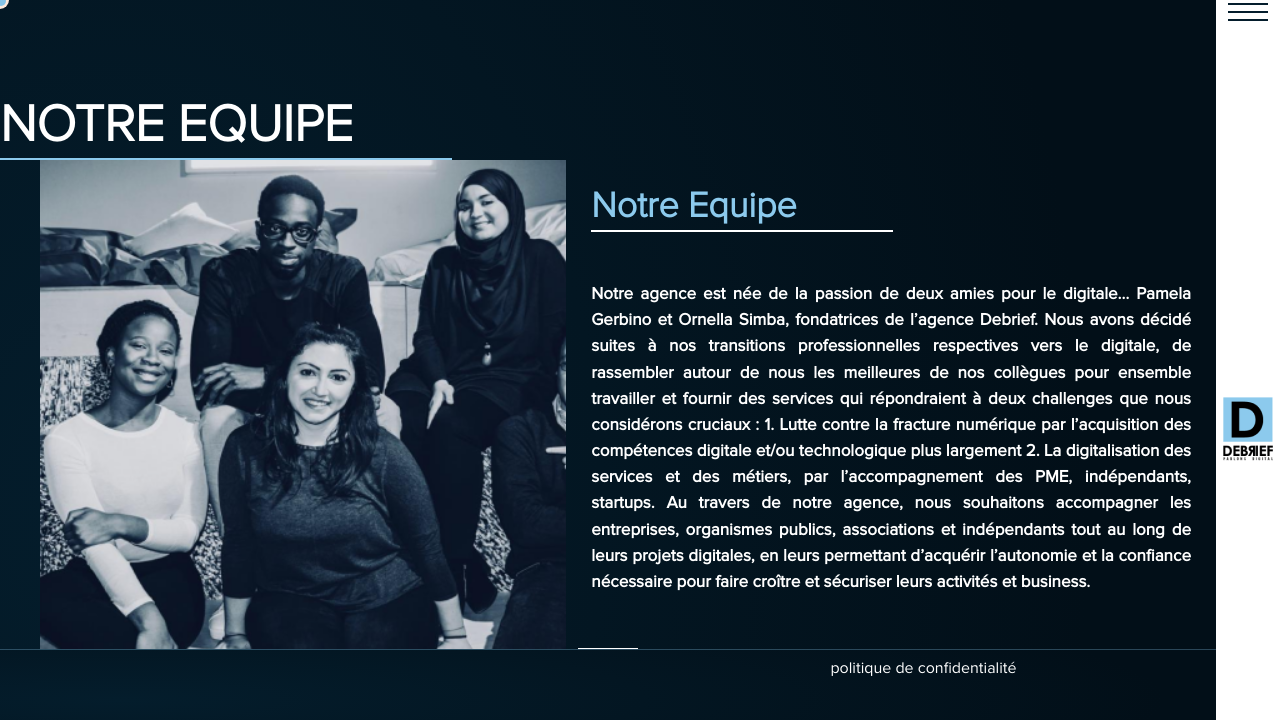
Repository: keloriane/debriefs
Page: /debriefs/a-propos
These files come from the project's save history. The page is drawn as it stood at one moment and after the next save; the edit follows.
The browser window is 1280 px wide. The pictures show the whole page.
The project was rebuilt for these pictures with package versions that can differ from the ones it lists, and the page was loaded fresh each time. Also part of the build but not shown: src/components/Title/Title.jsx, src/components/page/Contact/Contact.jsx, src/components/Nav/Nav.jsx, src/components/page/Home/Home.jsx, src/components/page/Service/Services.jsx, src/components/page/Service/ServiceDetails.jsx, src/components/page/Webinaire/Webinaires.jsx, src/components/page/Techspace/Techspace.jsx and 7 more. Imported but missing from the stored project, and not drawn on this page: src/assets/video/video.mp4.

Above is the page before, as saved 2020-07-28 13:52:23.

### public/index.html
<!DOCTYPE html>
<html lang="en">
  <head>
    <meta charset="utf-8" />
    <link rel="icon" href="%PUBLIC_URL%/favicon.ico" />
    <meta name="viewport" content="width=device-width, initial-scale=1" />
    <meta name="theme-color" content="#000000" />
    <meta
      name="description"
      content="Web site created using create-react-app"
    />
    <link rel="apple-touch-icon" href="%PUBLIC_URL%/logo192.png" />
    <link href="https://fonts.googleapis.com/css2?family=Inter:wght@300;400;600;700&display=swap" rel="stylesheet">
    <link rel="manifest" href="%PUBLIC_URL%/manifest.json" />
    <title>React App</title>
  </head>
  <body>
    <noscript>You need to enable JavaScript to run this app.</noscript>
    <div id="root"></div>
  </body>
</html>

### src/App.scss

@import "./assets/style/module/variables.scss";
@import "./assets/style/module/breakpoints.scss";



h2, h3{
  font-family:$proxyL;
}
button{
  color: $white;
}
body,
html {
  user-select: none;
  background: $white;
  overscroll-behavior: none;
  margin: 0;
  font-family: "Proxima";
  -webkit-font-smoothing: antialiased;
  -moz-osx-font-smoothing: grayscale;
}

.container {
  width: 1560px;
  min-width: 1560px;
  margin: 0 auto;
  height: 100%;
  @include media("<=1560px") {
    width: 1280px;
    min-width: 1280px;
  }
  @include media("<=desktop") {
    width: 1080px;
    min-width: 1080px;
  }
  @include media("<=1080px") {
    width: 100%;
    min-width: 100%;
  }
  .row {
    display: flex;
    height: 95%;
    padding: 0 32px;
    @include media("<=phone") {
      padding: 0 16px;
    }
  }
  .v-center {
    align-items: center;
  }
  .space-between {
    justify-content: space-between;
  }
}
.intro-container{
  width: 100vw;
  height: 100vh;
  overflow: hidden;
  display: flex;
  align-items: center;
  justify-content: center;
  background: radial-gradient(80.27% 180.6% at 9.33% 71.2%, #0D0D0D 0%, #041D2C 100%);

}

#loader{
  width: 30vw;
}

path{
  overflow: hidden;
}

a{
  text-decoration: none;
}

.container-fluid {
  width: 95%;
  height: 100%;
  .row {
    display: flex;
    height: 95%;
  }

}
#page{
  background: radial-gradient(80.27% 180.6% at 9.33% 71.2%, #0D0D0D 0%, #020f18 100%);
  width: 100vw;
  height: 100vh;
  background-color: #fff;
  overflow: inherit;
  @include media('<=tablet'){
    height: 100%;
    width: 100%;
  }
}

*{
  padding: 0;
  margin: 0;

}

### src/components/page/Main/Main.jsx
import React,{useState} from "react";
import "./main.scss";

import "./main.scss";
import {teams} from "./team";
import { HomeB } from "../../BreadCrumbs/HomeB";

const Main = () => {

    let [index , setIndex] = useState(0)

    console.log(index);

    const [slide , setSlide] = useState({
        team : teams[index]
    })
    console.log(slide);

    const nextSlide = () => {

        setIndex(index+1)
        setSlide({
            team: teams[index]
        })
        if(index === 2 ){
            setIndex(0)
        }
    }



    return (
        <>
        <div id="main-about-page">
            <div className="logo-content-about">
                <HomeB />
            </div>
            <div className="about-media-content">
                <div className="title-content">
                    <h2>NOTRE EQUIPE</h2>
                    <div className="underline"></div>
                </div>
                <div className="team-content">

                <div className="image-container">
                    <img src={slide.team.image} alt="" />
                </div>

            <div className="about-text-content">
                <h3 className="about-title">{slide.team.title}</h3>
                <div className="underline-about"></div>
                <p className="about-text">
                   {slide.team.about}
                </p>
            </div>
            </div>

                </div>
        <button onClick={nextSlide}>
            next
        </button>
        </div>
        </>
    )
}
export default Main;

### src/components/page/Footer/Footer.jsx
import React from "react";
import "./footer.scss"

const Footer = () => {
    return (
        <div id="footer">
            <div className="logo-footer">


            </div>
            <div className="links">
            <a href="politique de fonidentialité pdf">politique de confidentialité</a>

            </div>
        </div>
    )
}
export default Footer;

### src/assets/style/module/variables.scss
$white:#ffffff;
$lBlue:#8CCAED;
$dBlue:#041D2C;
$gradient: radial-gradient(80.27% 180.6% at 9.33% 71.2%, #041d2c 0%, #020f18 100%);
$gradientInner: radial-gradient(80.27% 180.6% at 9.33% 71.2%, #041B28 0%, #03141F 100%);
$proxy: "Proxima";
$proxyB: "Proxima-bold";
$proxyL: "Proxima-light";


@font-face {
    font-family: "Proxima";
    src: url("./../../fonts/ProximaNova-Regular.otf") format("opentype"),


}

@font-face {
    font-family: "Proxima-bold";
    src: url("./../../fonts/ProximaNova-Bold.otf") format("opentype"),
}
@font-face {
    font-family: "Proxima-light";
    src: url("./../../fonts/ProximaNova-Light.otf") format("opentype"),
}

### src/components/page/Main/main.scss
//head
@import "./../../../assets/style/module/variables.scss";
@import "./../../../assets/style/module/breakpoints.scss";

.logo-content-about{
  svg{

    @include media("<=1365px"){
      display: none;
    }
  }
}


#main-about-page {
  display: flex;
  color: $white;
  justify-content: space-around;
  width: 95vw;
  height: 100vh;
  align-items: center;
  background: $gradient;
  flex-wrap: wrap;
  @include media("<=tablet"){
    height: 100%;
  }
  .about-media-content{
    display: flex;
    flex-flow: column;
    height: 490px;
    justify-content: space-around;
    .team-content{
      display: flex;

    }
    .image-container{
      margin-left: 40px;
      display: flex;
      align-items: center;
      @include media("<=tablet"){
        margin-left: 0;
      }
      img{
        height: 100%;

        min-height: 490px;
      }
    }

    h2 {
      font-size: 52px;
      line-height: 63px;
      color: #FFFFFF;
      @include media("<=tablet"){
        font-size: 4vw;
      }
    }

  }



  .about-text-content {
    max-width: 700px;
    width: 100%;
    padding:25px;
    p{
      text-align: justify;
    }

    .underline-about {
      width: 100%;
      max-width: 300px;
      border: .5px solid #FFFFFF;
    }

    .about-title {
      font-weight: 600;
      font-size: 36px;
      line-height: 45px;

      color: $lBlue;
    }

    .about-text {
      margin-top: 50px;
      font-weight: 600;
      font-size: 17px;
      line-height: 154.3%;
      /* or 25px */


      color: #FFFFFF;

    }
  }

}

### src/components/Cursor/cursor.scss
@import "./../../assets//style/module/easing.scss";
@function rem($pixel) {
    @return $pixel/16+rem;
}
$desktop: 1920px;
.c-cursor {
    height: rem(18);
    position: fixed;
    left: rem(-9);
    top: rem(-9);
    z-index: 9;
    width: rem(18);
    display: flex;
    justify-content: center;
    align-items: center;
    transition: 1s cubic-bezier(0.19, 1, 0.22, 1);
    pointer-events: none;
    backface-visibility: hidden;
    mix-blend-mode: difference;
    &:before {
        // border: 1px solid hsla(0, 0%, 83%, 1);
        background-color: #ffffff;
        border-radius: 50%;
        height: 100%;
        content: "";
        width: 100%;
        position: absolute;
        left: 0;
        top: 0;
        mix-blend-mode: difference;
        .is-hover & {
            mix-blend-mode: difference;
            transform: scale(2.5);
            transition: all 0.3s $easeOutQuad;
        }
    }
}

button {
    height: 40px;
    width: 60px;
}

#box-css {
    animation: slidein 20s infinite;
}

@keyframes slidein {
    from {
        transform: translateX(-500px);
    }
    to {
        transform: translateX(1000px);
    }
}

#inner-cursor {
    height: 10px;
    position: fixed;
    z-index: 10;
    width: 10px;
    display: flex;
    left: -0.25rem;
    top: -0.25rem;
    justify-content: center;
    align-items: center;
    background-color: #85C3E6;
    border-radius: 100%;
    pointer-events: none;
    &:before {
        background-color: #85C3E6;
        border-radius: 50%;
        height: 100%;
        width: 100%;
        position: absolute;
        left: 10;
        top: 10;
        .is-hover & {
            border: 1px solid hsla(274, 100%, 50%, 1);
            transform: scale(2.5);
        }
    }
}

### src/components/page/Service/services.scss
@import "./../../../assets//style//module/variables.scss";
@import "./../../../assets//style//module/breakpoints.scss";
#services {
  background: $gradient;
  width: 95vw;
  height: 100vh;
  display: flex;
  align-items: center;
  .logo-bread{
    margin-left: 40px;
  }
  .logo-layer{
    margin-left: 50px;
  }
  @include media('<=652px'){
    height: 100%;
  }
  @include media('<=phone'){
    height: 100%;
    width: 320px;
    margin: 0 auto;
    background:none;
  }

  .service-container {
    margin: 0 auto;
  }
  .title-service {
    max-width: 409px;
    height: 88px;
    h2 {
      font-family: "Proxima";
      font-style: normal;
      font-weight: 600;
      font-size: 52px;
      line-height: 63px;
      color: #ffffff;
      text-transform: uppercase;
    }
  }
  .services-grid {
    width: 100%;
    max-width: 800px;
    margin: 0 auto;
    display: flex;

    flex-wrap: wrap;
    justify-content: space-around;
    align-items: center;
    @include media('<=phone'){
      height: 100%;
      width: 320px;
      margin: 0 auto;
    }

    .service-item {
      width: 310px;
      height: 165px;
      display: flex;
      flex-flow: column;
      justify-content: space-around;
      margin-top: 45px;
      .number {
        align-self: flex-end;
      }
      .headline-service {
        display: flex;
        justify-content: space-between;
        h3 {
          font-style: normal;
          font-weight: bold;
          font-size: 21px;
          line-height: 26px;
          color: #ffffff;
        }
      }
      p {
        font-family: "Proxima";
        font-style: normal;
        font-weight: 500;
        font-size: 18px;
        line-height: 22px;

        color: #fcfcfc;
      }
      .underline-service {
        width: 269px;
        border: 0.5px solid white;
      }
    }
  }
}

### src/components/page/Webinaire/webinaires.scss
@import "./../../../assets/style/module/variables.scss";
@import "./../../../assets/style/module/breakpoints.scss";


#webinaire {
    width: 100vw;
    background: $gradient;

    position: relative;

    .timeline {
        height: 100%;
        width: 1px;
        margin: auto;
        top: 0;
        position: absolute;
        left: 50%;
        transform: translate( -50%);
        background-color: white;
    }

    #webinaire-page {
        width: 891px;
        margin: 0 auto;
        display: flex;
        flex-flow: column;
        position: relative;

        .webinaire-item {
            display: flex;
            position: relative;
            align-items: center;
            justify-content: space-between;
            width: 470px;
            height: 320px;


            &.reverse {
                align-self: flex-end;
                flex-flow: row-reverse;

                .timeline-dot {
                    justify-self: flex-start;

                    .webinaire-image {
                        img {
                            right: -14px;
                        }

                    }
                }
            }

            .webinaire-image {
                img {
                    max-width: 250px;
                    width: 100%;
                    position: absolute;
                    right: 100px;
                    top: 77px;


                }
            }

            .webinaire-content {
                position: relative;
                z-index: 1;

                h3 {
                    font-family: "Proxima";
                    font-style: normal;
                    font-weight: 600;
                    font-size: 29px;
                    line-height: 35px;
                    color: #FFFFFF;
                }

                .webinaire-credits {
                    font-family: "Proxima";
                    font-style: normal;
                    font-weight: 600;
                    font-size: 17px;
                    line-height: 21px;
                    color: $lBlue;
                }

                .webinaire-date {
                    font-size: 15px;
                    line-height: 16px;
                    color: #BFBFBF;
                }
            }

            .timeline-dot {
                width: 50px;
                height: 50px;
                background-color: #fff;
                border-radius: 100%;
            }
        }
    }
}

### src/components/MenuBox/menu.scss
@import "./../../assets/style/module/variables.scss";

  .menu-box {
    width: 100%;
    height: 100vh;
    overflow: hidden;
    position: fixed;
    display: grid;
    top: 0;
    left: 0;
    grid-template-columns: 20% 30% 50%;
    grid-template-rows: 60% 40%;
    grid-template-areas:
      "item3 item2 item1"
      "item4 item4 item1";
    z-index: 0;
    display:grid;
      .menu__item {
          overflow: hidden;

          &.menu__item1 {

              background: $dBlue;
              grid-area: item1;
              transform: translateY(-100%);
            }
            &.menu__item2 {
                background: $dBlue;

                transform: translateX(-170%);
                grid-area: item2;
            }
            &.menu__item3 {
                background: $white;

                transform: translateX(-100%);
                grid-area: item3;
            }
            &.menu__item4 {
                background: $lBlue;
                grid-area: item4;
                transform: translateX(-100%);

            }
            &.menu__item5 {
                background: $white;
                grid-area: item5;



            }
        }

      .menu__item-inner {
        display: flex;
        flex-direction: column;

        align-items: center;
        height: 100%;
        a {
          font-size: 2vw;
          overflow: visible;
          margin: 0.5rem 0;
          padding: 0 0.5rem;
          position: relative;
          transition: color 0.3s;
          color: $white;
          &:hover{
              color: $lBlue;
          }

        }
      }
    }




// .menu-box {
//     text-align: center;
//     width: 100%;
//     height: 100vh;
//     overflow: hidden;
//     position: fixed;
//     top: 0;
//     left: 0;
//     z-index: 200;
//     display: grid;
//     grid-template-columns: 100%;
//     grid-template-rows: repeat(3,33.33%);
//     pointer-events: none;
// }

### src/components/page/Footer/footer.scss
@import "./../../../assets/style/module/variables.scss";

#footer{
    height: 50px;
    border-top: 1px solid rgba(133, 195, 230, 0.31);
    position: fixed;
    bottom: 0;
    width: 100%;
    background: $gradient;
    padding: 10px;
    display: flex;
    justify-content: space-around;
    a{
        color: white;
    }
    img{
        width: 60px;
    }
}

### src/components/page/Blog/Blog.scss
@import "./../../../assets/style/module/variables.scss";
@import "./../../../assets/style/module/breakpoints.scss";

#blog {
  width: 100vw;
  height: 100%;
  background: $gradient;
  color: $white;
  display: flex;
  align-items: center;
  .underline{
      margin-top: 5px;
      width: 180px;
  }
  .inner-blog{
      width: 1240px;
      height: 700px;

      margin: 0 auto;
      .blog-wrapper {
        margin-top: 50px;
        width: 100%;
        height: 100%;
        display: flex;
        flex-wrap: wrap;
        justify-content: space-around;
        overflow-y: scroll;

        .blog-article {
          background: radial-gradient(
            80.27% 180.6% at 9.33% 71.2%,
            #0d0d0d 0%,
            #041d2c 100%
            );
            overflow: hidden;
          border: 0.5px solid #d7d7d7;
          box-sizing: border-box;
          border-radius: 40px 0px;
          max-width: 450px;
          width: 100%;
          height: 620px;
          margin-bottom: 40px;
          .image-article-container{
              max-height: 255px;
              overflow: hidden;
          }
          .article-headline {
            display: flex;
            height: 20px;
            align-items: center;
            justify-content: space-between;
            padding: 10px;
            .article-title {
              font-family: $proxyL;
              font-size: 24px;
              line-height: 154.3%;
              font-weight: 200;
              /* or 37px */

              color: #ffffff;

            }
            .article-time{
                font-size: 10px;
            }
        }
                .article-content {
                    padding: 24px;
                    p{
                        text-align: justify;
                        font-size: 16px;
                        line-height: 154.3%;
    /* or 25px */
                    }
                }
          img {
            width: 100%;
            filter: saturate(0%);
          }
        }
      }
  }
}

### src/components/page/Dcg/dcg.scss
@import "./../../../assets/style/module/variables.scss";
@import "./../../../assets/style/module/breakpoints.scss";

#digital-career-center {
  width: 95vw;
  height: 100vh;
  background-color: $white;
  .inner-container {
    display: flex;
    max-width: 1280px;
    width: 100%;
    height: 100%;
    justify-content: space-around;
    align-items: center;
    flex-flow: wrap;
    margin: 0 auto;
    .dcg-image-container {
      .inner-image {
        max-width: 589px;
        width: 100%;
        height: 366px;
        position: relative;
      }
      .inner-image {
          .bus{
            position: absolute;
            bottom: -61px;
            right: -20px;
          }
      }
    }
    .inner-text-content {
      .title-back-layer {
        position: absolute;
        left: 29%;
        background-color: $dBlue;
        height: 50px;
        display: flex;
        align-items: center;
        margin-bottom: 20px;
        top: 31%;
        // width: 272px;
        padding: 10px;
        overflow: hidden;
        h2 {
          text-transform: uppercase;
          color: $white;
          font-size: 45px;
        }
        @include media("<=tablet") {
          position: relative;
          display: block;
          left: 0;
          top: 0;
        }
      }
      .text-inner-content {
        width: 100%;
        max-width: 616px;
        margin-top: 50px;
        p {
          font-weight: 300;
          font-size: 16px;
          line-height: 175.9%;
          /* or 28px */

          text-align: justify;
          letter-spacing: 0.05em;
        }
      }
    }
  }
}

### src/components/Title/title.scss
@import "./../../assets/style/module/variables.scss";
@import "./../../assets/style/module/breakpoints.scss";
.title-container{
    display: flex;
    flex-flow: column;
    justify-content: space-around;

    h2{
        font-size: 52px;
        color: white;
        @include media('<=phone'){

            margin: 0 auto;
            font-size: 20px;

          }
    }
    .underline{

        width: 100%;
        max-width: 340px;
    }


}

### src/components/Nav/nav.scss
@import "./../../assets/style/module/variables.scss";
.home-nav {
    ul {
        display: flex;
        justify-content: space-around;
        align-items: center;

        li {
            list-style: none;

            a {
                font-family: "Proxima";
                font-style: normal;
                font-weight: bold;
                font-size: 18px;
                line-height: 175.9%;
                /* or 32px */
                text-align: center;
                letter-spacing: 0.05em;
                color: $white;
                text-transform: uppercase;
                text-decoration: none;
            }

            button {
                position: relative;
                width: 169px;
                height: 49px;
                border: 1px solid $white;
                box-sizing: border-box;
                background: none;
                text-transform: uppercase;
                font-weight: bold;
                    color: $white;

            }
        }
    }
}

### src/assets/style/module/easing.scss
$linear: cubic-bezier(0.250, 0.250, 0.750, 0.750);
$ease: cubic-bezier(0.250, 0.100, 0.250, 1.000);
$ease-in: cubic-bezier(0.420, 0.000, 1.000, 1.000);
$ease-out: cubic-bezier(0.000, 0.000, 0.580, 1.000);
$ease-in-out: cubic-bezier(0.420, 0.000, 0.580, 1.000);
$easeInQuad: cubic-bezier(0.550, 0.085, 0.680, 0.530);
$easeInCubic: cubic-bezier(0.550, 0.055, 0.675, 0.190);
$easeInQuart: cubic-bezier(0.895, 0.030, 0.685, 0.220);
$easeInQuint: cubic-bezier(0.755, 0.050, 0.855, 0.060);
$easeInSine: cubic-bezier(0.470, 0.000, 0.745, 0.715);
$easeInExpo: cubic-bezier(0.950, 0.050, 0.795, 0.035);
$easeInCirc: cubic-bezier(0.600, 0.040, 0.980, 0.335);
$easeInBack: cubic-bezier(0.600, -0.280, 0.735, 0.045);
$easeOutQuad: cubic-bezier(0.250, 0.460, 0.450, 0.940);
$easeOutCubic: cubic-bezier(0.215, 0.610, 0.355, 1.000);
$easeOutQuart: cubic-bezier(0.165, 0.840, 0.440, 1.000);
$easeOutQuint: cubic-bezier(0.230, 1.000, 0.320, 1.000);
$easeOutSine: cubic-bezier(0.390, 0.575, 0.565, 1.000);
$easeOutExpo: cubic-bezier(0.190, 1.000, 0.220, 1.000);
$easeOutCirc: cubic-bezier(0.075, 0.820, 0.165, 1.000);
$easeOutBack: cubic-bezier(0.175, 0.885, 0.320, 1.275);
$easeInOutQuad: cubic-bezier(0.455, 0.030, 0.515, 0.955);
$easeInOutCubic: cubic-bezier(0.645, 0.045, 0.355, 1.000);
$easeInOutQuart: cubic-bezier(0.770, 0.000, 0.175, 1.000);
$easeInOutQuint: cubic-bezier(0.860, 0.000, 0.070, 1.000);
$easeInOutSine: cubic-bezier(0.445, 0.050, 0.550, 0.950);
$easeInOutExpo: cubic-bezier(1.000, 0.000, 0.000, 1.000);
$easeInOutCirc: cubic-bezier(0.785, 0.135, 0.150, 0.860);
$easeInOutBack: cubic-bezier(0.680, -0.550, 0.265, 1.550);

Loaded but not shown: src/index.js (common file); src/index.css (common file); src/serviceWorker.js (common file); src/App.js (104 lines, source omitted); src/components/page/Main/team.js (26 lines, source omitted); src/functions/Animation.js (104 lines, source omitted); src/components/Cursor/Cursor.js (55 lines, source omitted); src/components/Loader/Loader.jsx (42 lines, source omitted); src/components/page/Home/home.scss (379 lines, source omitted); src/assets/style/module/breakpoints.scss (329 lines, source omitted); src/view/Menu/Menu.jsx (127 lines, source omitted); src/components/page/Service/ServiceDetails.scss (230 lines, source omitted); src/components/Header/Header.jsx (138 lines, source omitted); src/components/page/Contact/contact.scss (182 lines, source omitted); src/view/Menu/menu.scss (184 lines, source omitted); src/components/BreadCrumbs/HomeB.jsx (51 lines, source omitted); src/components/Header/header.scss (103 lines, source omitted); src/components/page/Techspace/techspace.scss (155 lines, source omitted)

After the next save:
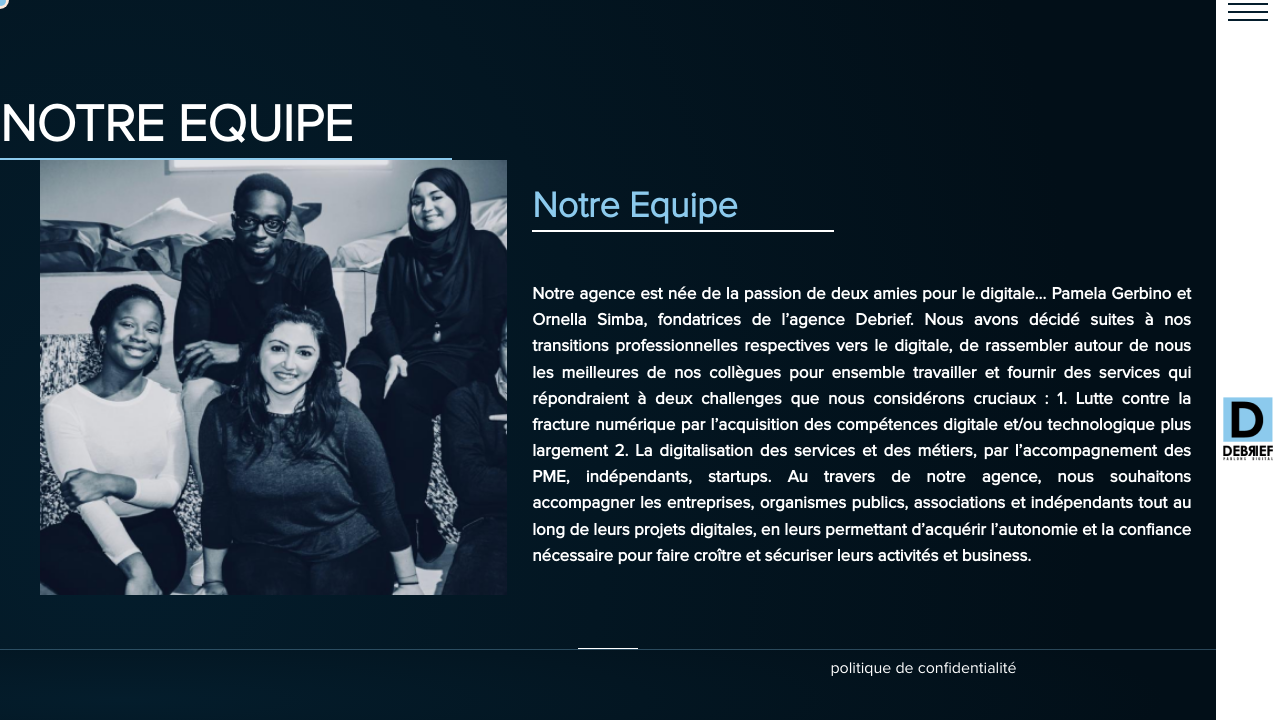
Saved 10 s later.
--- a/src/components/page/Main/main.scss
+++ b/src/components/page/Main/main.scss
@@ -43,7 +43,7 @@
       img{
         height: 100%;
 
-        min-height: 490px;
+        min-height: 400px;
       }
     }
 
